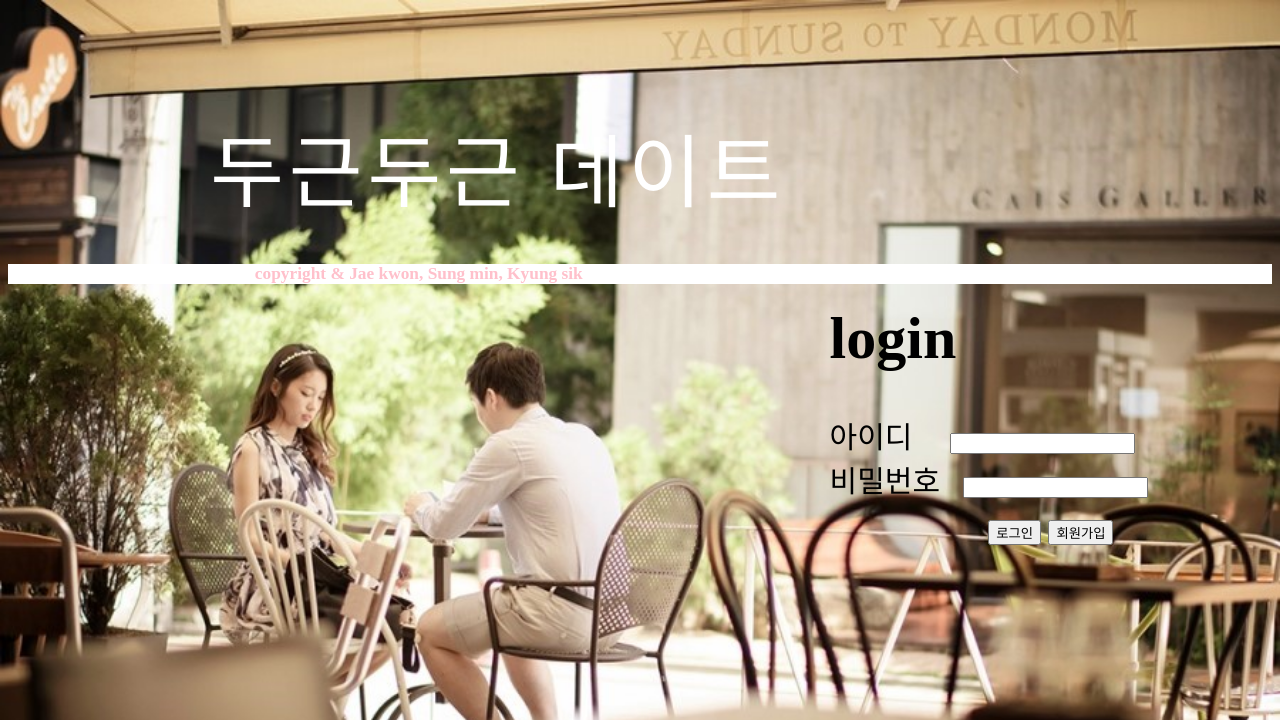
Repository: pinokio531/date_application
Page: http://localhost/doogeunDate/indexPage.jsp
These files come from the project's save history. The page is drawn as it stood at one moment and after the next save; the edit follows.
The browser window is 1280 px wide. The pictures show the whole page.
Some web fonts or font styles are not loaded; a fallback is used. The page is served by Tomcat 9.

Above is the page before, as saved 2019-06-04 10:15:20.

After the next save:
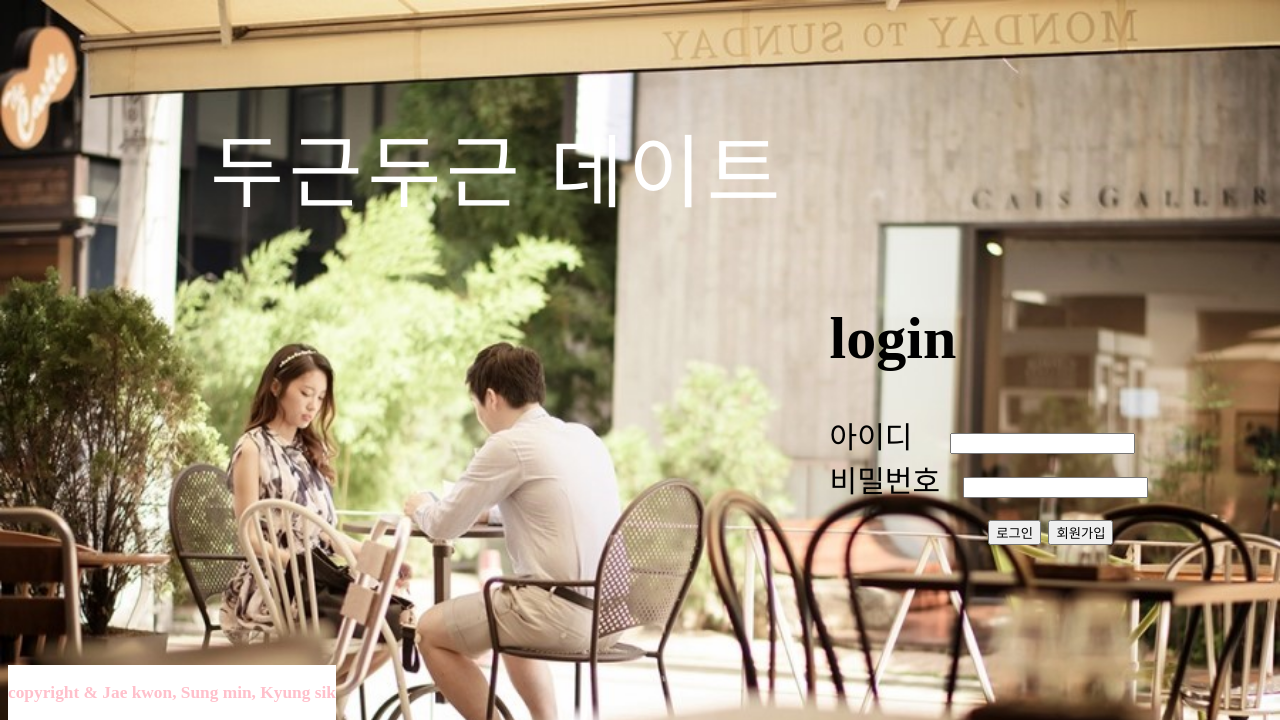
Saved 64 s later.
--- a/doogeunDate/WebContent/style/index.css
+++ b/doogeunDate/WebContent/style/index.css
@@ -21,6 +21,8 @@ body{
     text-align: center;
     font-size: 13pt;
     background-color: white;
+    position: absolute;
+    bottom:0;
 }
 
 .login{
